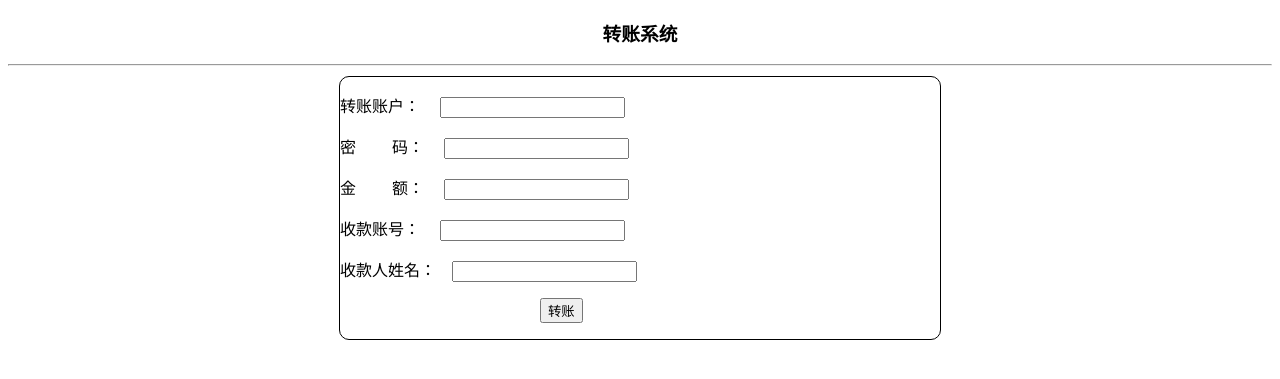
Repository: 99708/java_EE
Page: http://localhost/ssm_bank/
These files come from the project's save history. The page is drawn as it stood at one moment and after the next save; the edit follows.
The browser window is 1280 px wide. The pictures show the whole page.
The page is served by Tomcat 9.

Above is the page before, as saved 2018-11-16 13:53:58.

After the next save:
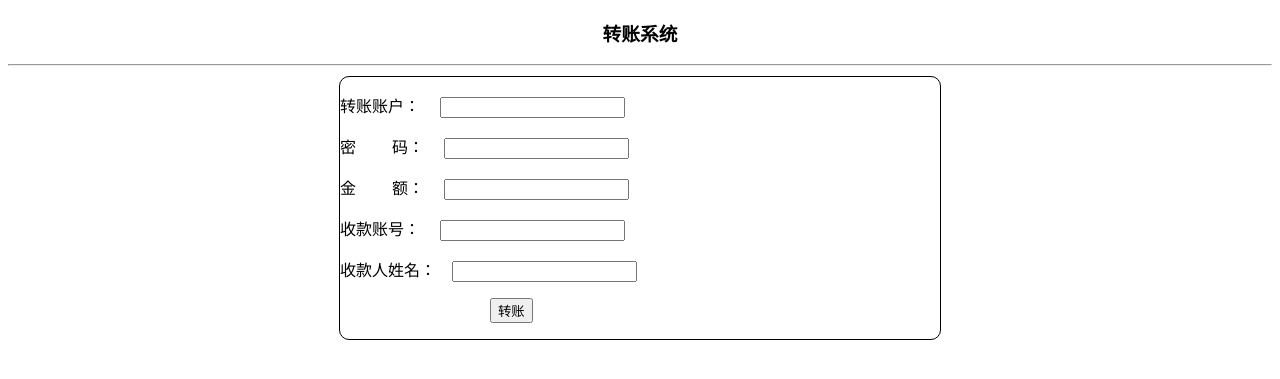
Saved 10 s later.
--- a/ssm_bank/WebContent/index.jsp
+++ b/ssm_bank/WebContent/index.jsp
@@ -35,7 +35,7 @@
 				<span id="anameSpan"></span><br />
 			</p>
 			<p>
-				<input type="submit" value="转账" style="margin-left: 200px"/>
+				<input type="submit" value="转账" style="margin-left: 150px"/>
 			</p>
 		</form>
 	</div>
